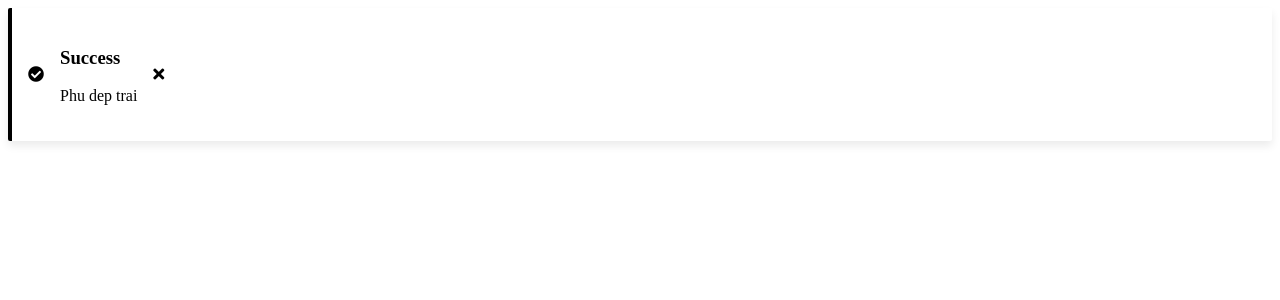
Repository: phunobi1807/theband
Page: btn.html
The author's editor kept a copy of each file at every save. The page is drawn from the files as they stood at one save, then again after the next save.
The browser window is 1280 px wide. The pictures show the whole page.

Above is the page before, as saved 2021-06-12 12:20:13.

### btn.html
<!DOCTYPE html>
<html lang="en">
<head>
    <meta charset="UTF-8">
    <meta http-equiv="X-UA-Compatible" content="IE=edge">
    <meta name="viewport" content="width=device-width, initial-scale=1.0">
    <title>Document</title>
    <link rel="stylesheet" href="https://use.fontawesome.com/releases/v5.15.3/css/all.css" integrity="sha384-SZXxX4whJ79/gErwcOYf+zWLeJdY/qpuqC4cAa9rOGUstPomtqpuNWT9wdPEn2fk" crossorigin="anonymous">
    <link rel="stylesheet" href="./btn.css">
</head>
<body>
    <div>
        <div class="toast">
            <div class="toast__icon">
                <i class="fas fa-check-circle"></i>
            </div>
            <div class="toast__body">
                <h3 class="toast__title">
                     Success
                </h3>
                <p class="toast__msg">
                    Phu dep trai
                </p>
            </div>
            <div class="toast__close">
                <i class="fas fa-times"></i>
            </div>
        </div>
    </div>
</body>
</html>

### btn.css
.toast
{
    display: flex;
    align-items: center;
    background: #fff;
    border-radius: 2px;
    padding: 20px 0px;
    border-left: 4px solid;
    box-shadow: 0 5px 8px rgba(0, 0, 0, 0.08);
}
.toast__icon
{

}
.toast__icon,
.toast__close
{
    padding: 0px 16px;
}
.toast__body
{

}
.toast__title
{

}
.toast__msg
{

}
.toast__close
{

}

After the next save:
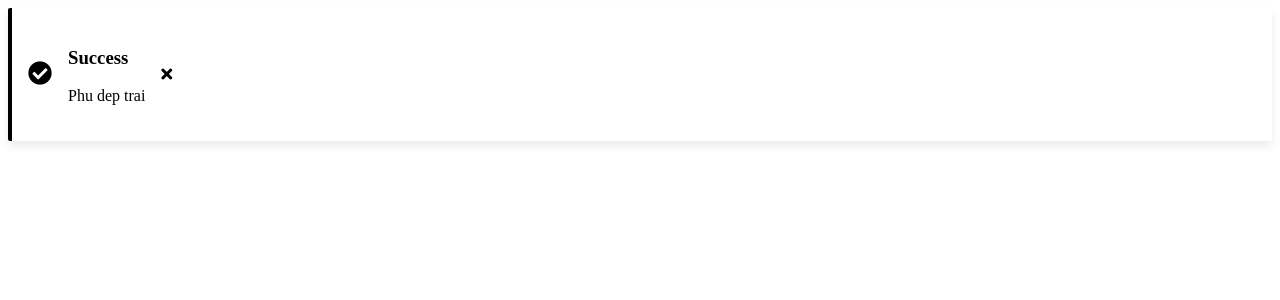
Saved 13 s later.
--- a/btn.css
+++ b/btn.css
@@ -10,7 +10,7 @@
 }
 .toast__icon
 {
-
+font-size: 24px;
 }
 .toast__icon,
 .toast__close
